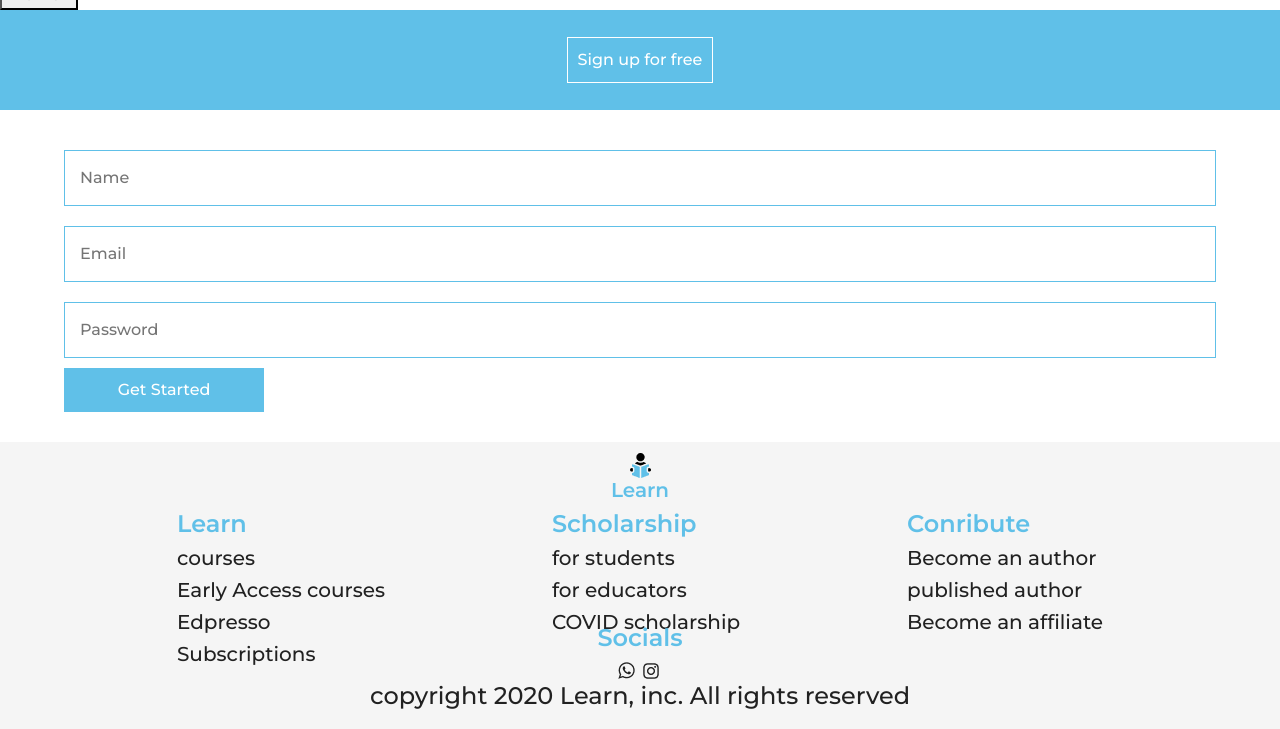
Repository: TiaraOluwanimi/team5
Page: tutor.html
The author's editor kept a copy of each file at every save. The page is drawn from the files as they stood at one save, then again after the next save.
The browser window is 1280 px wide. The pictures show the part of the page from y = 2365 to 3144 px (the page is 3094 px tall before and 3144 px after).
A picture or video elsewhere on the page could not be fetched, so the positions and the page height are approximate. Some web libraries are served in a nearby version.

Above is the page before, as saved 2020-08-08 11:42:15.

After the next save:
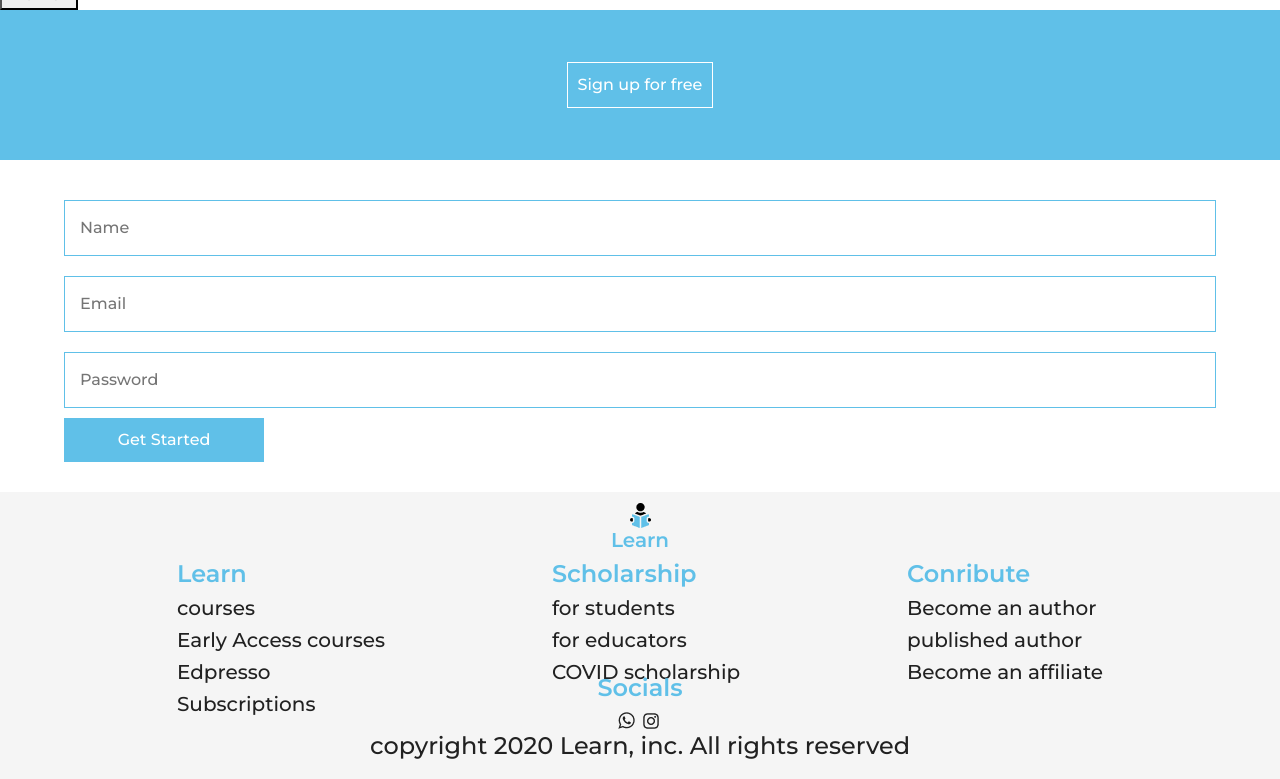
Saved 3 min 18 s later.
--- a/assets/css/testimonial.css
+++ b/assets/css/testimonial.css
@@ -39,7 +39,7 @@
 #sign-button{
     background: #60C0E8;
     width:100%;
-    height:100px;
+    height:150px;
     display: flex;
     align-items: center;
     justify-content: center;
